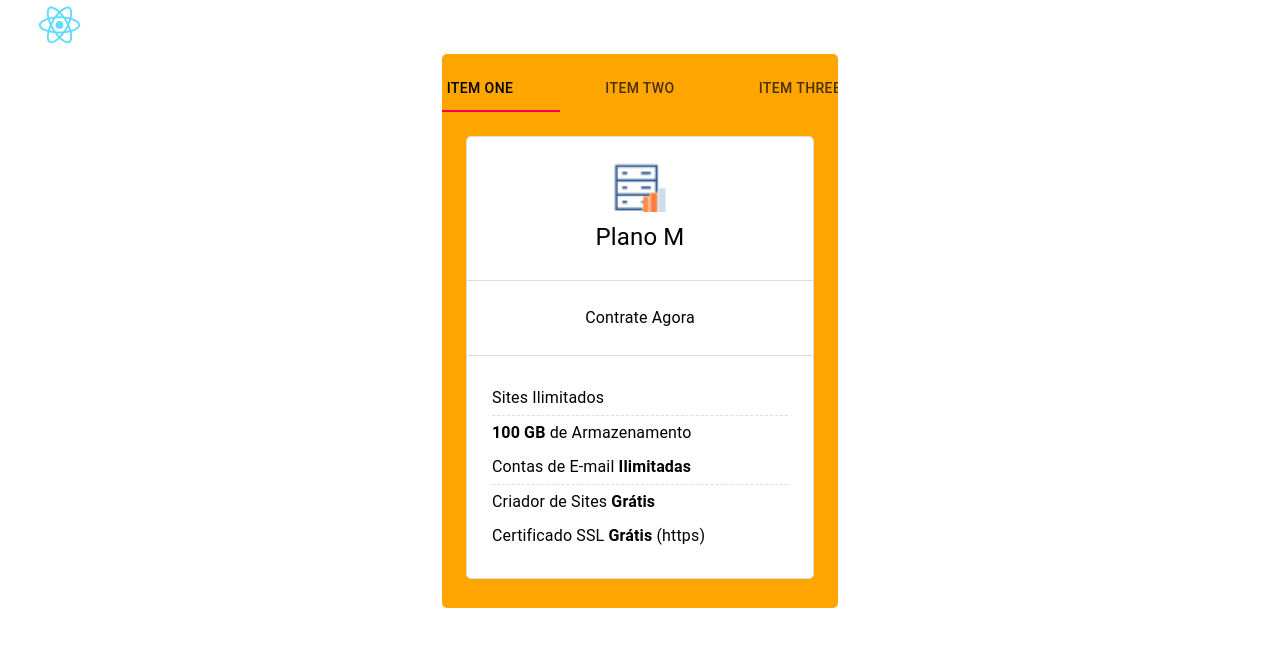
Repository: gatomazi/hostgatorFrontend
Page: /
These files come from the project's save history. The page is drawn as it stood at one moment and after a run of saves; the edit follows.
The browser window is 1280 px wide. The pictures show the whole page.
The project was rebuilt for these pictures with package versions that can differ from the ones it lists, and the page was loaded fresh each time.

Above is the page before, as saved 2020-01-24 12:01:22.

### src/App.js
import React from "react";

import "./App.css";
import Topbar from "./components/Topbar";
import Plano from "./components/Plano";
function App() {
  return (
    <div className="App">
      <Topbar />
      <Plano />
    </div>
  );
}

export default App;

### src/components/Topbar.js
import React from "react";

import logo from "../logo.svg";
// import { Link } from "react-router-dom";

import { makeStyles } from "@material-ui/core/styles";
import Grid from "@material-ui/core/Grid";
import Container from "@material-ui/core/Container";

const useStyles = makeStyles(theme => ({
  root: {
    flexGrow: 1
  }
}));

const Topbar = () => {
  const classes = useStyles();
  return (
    <div className={classes.root}>
      <Container maxWidth="lg">
        <Grid item xs={12} style={{ textAlign: "left" }}>
          <img
            style={{ height: 50 }}
            src={logo}
            className="Navbar-logo"
            alt="logo"
          />
        </Grid>
      </Container>
    </div>
  );
};

export default Topbar;

### src/components/Plano.js
import React from "react";
import "./Plano.scss";
import PropTypes from "prop-types";

import Grid from "@material-ui/core/Grid";
import Container from "@material-ui/core/Container";
import Tabs from "@material-ui/core/Tabs";
import Tab from "@material-ui/core/Tab";
import Typography from "@material-ui/core/Typography";
import Box from "@material-ui/core/Box";

import PlanoCard from "./PlanoCard";

function TabPanel(props) {
  const { children, value, index, ...other } = props;

  return (
    <Typography
      component="div"
      role="tabpanel"
      hidden={value !== index}
      id={`simple-tabpanel-${index}`}
      aria-labelledby={`simple-tab-${index}`}
      {...other}
    >
      {value === index && <Box p={3}>{children}</Box>}
    </Typography>
  );
}

TabPanel.propTypes = {
  children: PropTypes.node,
  index: PropTypes.any.isRequired,
  value: PropTypes.any.isRequired
};
var mock = {
  shared: {
    products: {
      planoP: {
        name: "Plano P",
        id: 5,
        cycle: {
          monthly: {
            priceRenew: "24.19",
            priceOrder: "24.19",
            months: 1
          },
          semiannually: {
            priceRenew: "128.34",
            priceOrder: "128.34",
            months: 6
          },
          biennially: {
            priceRenew: "393.36",
            priceOrder: "393.36",
            months: 24
          },
          triennially: {
            priceRenew: "561.13",
            priceOrder: "561.13",
            months: 36
          },
          quarterly: {
            priceRenew: "67.17",
            priceOrder: "67.17",
            months: 3
          },
          annually: {
            priceRenew: "220.66",
            priceOrder: "220.66",
            months: 12
          }
        }
      },
      planoM: {
        name: "Plano M",
        id: 6,
        cycle: {
          monthly: {
            priceRenew: "29.69",
            priceOrder: "29.69",
            months: 1
          },
          semiannually: {
            priceRenew: "159.54",
            priceOrder: "159.54",
            months: 6
          },
          biennially: {
            priceRenew: "532.56",
            priceOrder: "532.56",
            months: 24
          },
          triennially: {
            priceRenew: "764.22",
            priceOrder: "764.22",
            months: 36
          },
          quarterly: {
            priceRenew: "82.77",
            priceOrder: "82.77",
            months: 3
          },
          annually: {
            priceRenew: "286.66",
            priceOrder: "286.66",
            months: 12
          }
        }
      },
      planoTurbo: {
        name: "Plano Turbo",
        id: 335,
        cycle: {
          monthly: {
            priceRenew: "44.99",
            priceOrder: "44.99",
            months: 1
          },
          semiannually: {
            priceRenew: "257.94",
            priceOrder: "257.94",
            months: 6
          },
          biennially: {
            priceRenew: "983.76",
            priceOrder: "983.76",
            months: 24
          },
          triennially: {
            priceRenew: "1439.64",
            priceOrder: "1439.64",
            months: 36
          },
          quarterly: {
            priceRenew: "131.97",
            priceOrder: "131.97",
            months: 3
          },
          annually: {
            priceRenew: "503.88",
            priceOrder: "503.88",
            months: 12
          }
        }
      }
    }
  }
};
const Plano = () => {
  const [value, setValue] = React.useState(0);

  const handleChange = (event, newValue) => {
    setValue(newValue);
  };

  const a11yProps = index => {
    return {
      id: `simple-tab-${index}`,
      "aria-controls": `simple-tabpanel-${index}`
    };
  };

  let plans = Object.keys(mock.shared.products).map((item, index) => (
    <TabPanel value={value} index={index}>
      <PlanoCard key={index} planInfo={item} />
    </TabPanel>
  ));

  return (
    <div className="root">
      <Container maxWidth="xs">
        <Grid className="orangePlanBg" item xs={12}>
          <Tabs
            value={value}
            onChange={handleChange}
            aria-label="simple tabs example"
            centered
          >
            <Tab label="Item One" {...a11yProps(0)} />
            <Tab label="Item Two" {...a11yProps(1)} />
            <Tab label="Item Three" {...a11yProps(2)} />
          </Tabs>
          {plans}
        </Grid>
      </Container>
    </div>
  );
};

export default Plano;

### src/components/Plano.scss
.root {
  flex-grow: 1;
}
.orangePlanBg {
  background-color: orange;
  padding-bottom: 5px;
  padding-top: 10px;
  border-radius: 5px;
}

### src/components/PlanoCard.js
import React from "react";
import "./PlanoCard.scss";

import iconPlan from "../assets/icon.png";

const PlanoCard = ({ planInfo = {} }) => (
  <div className="planCard">
    <div>
      <img
        style={{ height: 50 }}
        src={iconPlan}
        className="Navbar-logo"
        alt="logo"
      />
      <span>Plano M</span>
    </div>
    <div className="insideDivisor">Contrate Agora</div>
    <div style={{ textAlign: "left" }}>
      <span>Sites Ilimitados</span>
      <span>
        <b>100 GB</b> de Armazenamento
      </span>
      <span>
        Contas de E-mail <b>Ilimitadas</b>
      </span>
      <span>
        Criador de Sites <b>Grátis</b>
      </span>
      <span>
        Certificado SSL <b>Grátis</b> (https)
      </span>
    </div>
  </div>
);

export default PlanoCard;

### src/components/PlanoCard.scss
.planCard {
  background-color: #fff;
  border: 1px solid #ddd;
  border-radius: 5px;
  div {
    padding: 25px;
    span {
      display: block;
    }
    &:first-child {
      span {
        font-size: 24px;
      }
    }
    &:last-child {
      span {
        padding: 5px 0px;
        &:first-child,
        &:nth-child(3) {
          border-bottom: dashed 0.8px #ddd;
        }
      }
    }
  }
}

.insideDivisor {
  border-bottom: 0.5px;
  border-bottom-color: #ddd;
  border-bottom-style: solid;
  /* border-bottom: 0.5; */
  border-top: 0.5px;
  border-top-color: #ddd;
  border-top-style: solid;
  /* border-top: 0.5; */
}

Loaded but not shown: public/index.html (common file); src/index.js (common file); src/index.css (common file); src/serviceWorker.js (common file); src/App.css (common file)

After the next 3 saves:
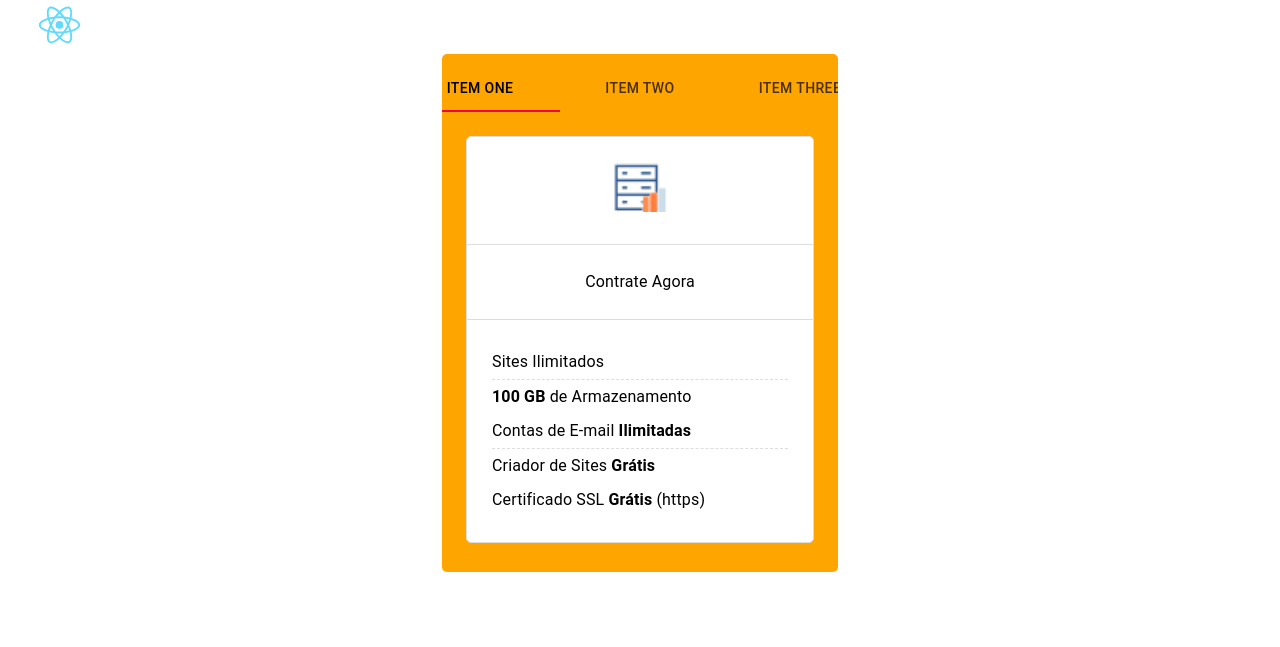
The 3 saves are shown as one change because 2 did not build or start.
The last was saved 43 s later.
--- a/src/components/PlanoCard.js
+++ b/src/components/PlanoCard.js
@@ -12,7 +12,7 @@
         className="Navbar-logo"
         alt="logo"
       />
-      <span>Plano M</span>
+      <span>{planInfo.name}</span>
     </div>
     <div className="insideDivisor">Contrate Agora</div>
     <div style={{ textAlign: "left" }}>

After the 5 saves that followed:
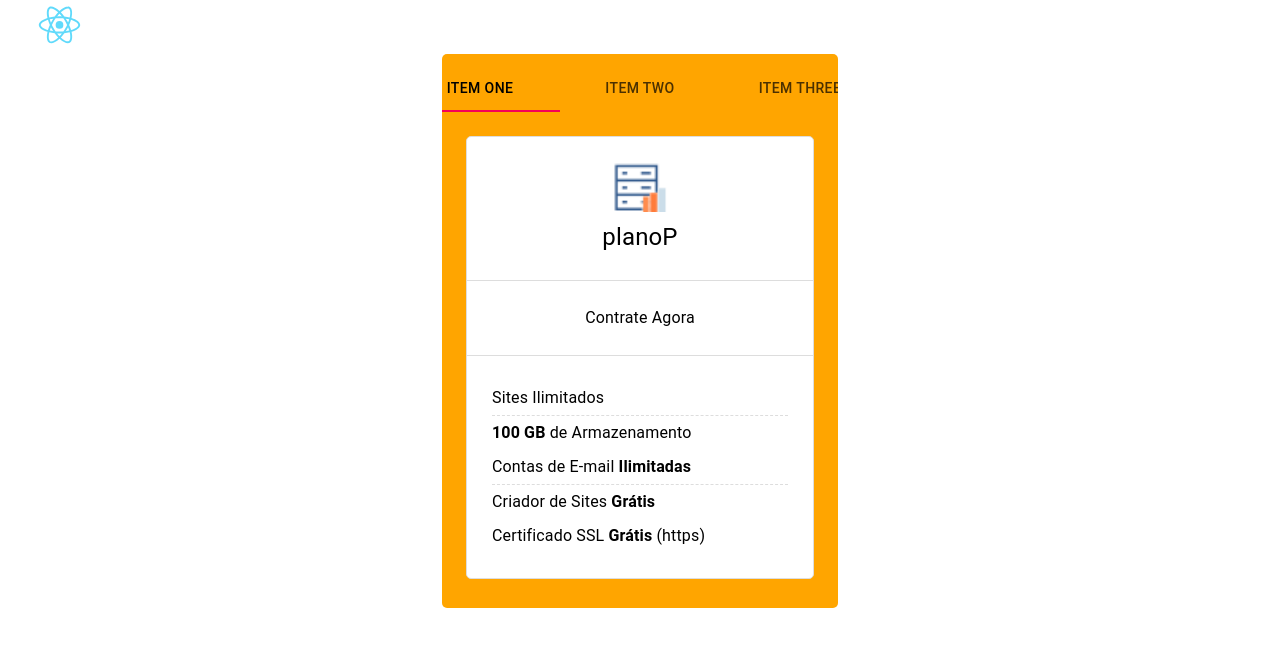
The 5 saves are shown as one change because 1 did not build or start and 3 left the picture as it was.
The last was saved 3 min 19 s later.
--- a/src/components/Plano.js
+++ b/src/components/Plano.js
@@ -161,9 +161,9 @@ const Plano = () => {
     };
   };
 
-  let plans = Object.keys(mock.shared.products).map((item, index) => (
+  let plans = Object.keys(mock.shared.products).map((namePlan, index) => (
     <TabPanel value={value} index={index}>
-      <PlanoCard key={index} planInfo={item} />
+      <PlanoCard key={index} planInfo={namePlan} />
     </TabPanel>
   ));
 
--- a/src/components/PlanoCard.js
+++ b/src/components/PlanoCard.js
@@ -3,34 +3,37 @@
 
 import iconPlan from "../assets/icon.png";
 
-const PlanoCard = ({ planInfo = {} }) => (
-  <div className="planCard">
-    <div>
-      <img
-        style={{ height: 50 }}
-        src={iconPlan}
-        className="Navbar-logo"
-        alt="logo"
-      />
-      <span>{planInfo.name}</span>
+const PlanoCard = ({ planInfo = {} }) => {
+  console.log(planInfo);
+  return (
+    <div className="planCard">
+      <div>
+        <img
+          style={{ height: 50 }}
+          src={iconPlan}
+          className="Navbar-logo"
+          alt="logo"
+        />
+        <span>{planInfo}</span>
+      </div>
+      <div className="insideDivisor">Contrate Agora</div>
+      <div style={{ textAlign: "left" }}>
+        <span>Sites Ilimitados</span>
+        <span>
+          <b>100 GB</b> de Armazenamento
+        </span>
+        <span>
+          Contas de E-mail <b>Ilimitadas</b>
+        </span>
+        <span>
+          Criador de Sites <b>Grátis</b>
+        </span>
+        <span>
+          Certificado SSL <b>Grátis</b> (https)
+        </span>
+      </div>
     </div>
-    <div className="insideDivisor">Contrate Agora</div>
-    <div style={{ textAlign: "left" }}>
-      <span>Sites Ilimitados</span>
-      <span>
-        <b>100 GB</b> de Armazenamento
-      </span>
-      <span>
-        Contas de E-mail <b>Ilimitadas</b>
-      </span>
-      <span>
-        Criador de Sites <b>Grátis</b>
-      </span>
-      <span>
-        Certificado SSL <b>Grátis</b> (https)
-      </span>
-    </div>
-  </div>
-);
+  );
+};
 
 export default PlanoCard;
